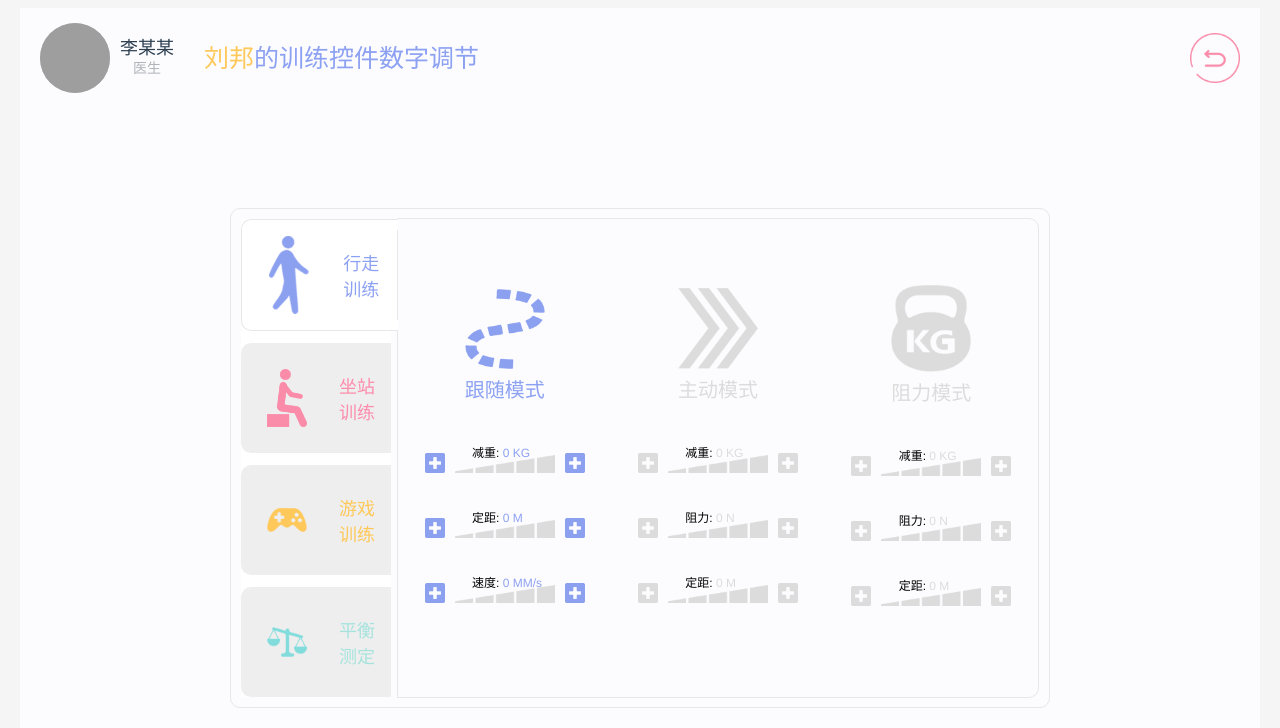
Repository: wangdanqing90/electron-vue-doctor
Page: /#/trainingAdjust
An editor plug-in stored every save of this project. The page is shown before and after the next save, followed by the edit.
The browser window is 1280 px wide. The pictures show the whole page.
Pictures or frames that could not be fetched are drawn as grey boxes. The project was rebuilt for these pictures with package versions that can differ from the ones it lists, and the page was loaded fresh each time. Also part of the build but not shown: vue.config.js, src/views/Home.vue, src/assets/styles/variable.scss, src/assets/styles/iconfont.css.

Above is the page before, as saved 2020-01-15 14:57:28.

### public/index.html
<!DOCTYPE html>
<html lang="en">
  <head>
    <meta charset="utf-8">
    <meta http-equiv="X-UA-Compatible" content="IE=edge">
    <meta name="viewport" content="width=device-width,initial-scale=1.0">
    <link rel="icon" href="<%= BASE_URL %>favicon.ico">
    <title>electron-vue-demo</title>
  </head>
  <body>
    <noscript>
      <strong>We're sorry but electron-vue-demo doesn't work properly without JavaScript enabled. Please enable it to continue.</strong>
    </noscript>
    <div id="app"></div>
    <!-- built files will be auto injected -->
  </body>
</html>

### src/App.vue
<template>
  <div id="app">
    <!-- <div id="nav">
      <router-link to="/">Home</router-link> |
      <router-link to="/about">About</router-link>
    </div>-->
    <keep-alive>
      <router-view v-if="$route.meta.keepAlive"></router-view>
    </keep-alive>
    <router-view v-if="!$route.meta.keepAlive"></router-view>
  </div>
</template>

<style lang="scss">
#app {
  font-family: "Avenir", Helvetica, Arial, sans-serif;
  -webkit-font-smoothing: antialiased;
  -moz-osx-font-smoothing: grayscale;
  text-align: center;
  color: #2c3e50;
  height: 100%;
}
#nav {
  padding: 30px;
  a {
    font-weight: bold;
    color: #2c3e50;
    &.router-link-exact-active {
      color: #42b983;
    }
  }
}
</style>

### src/assets/styles/base.scss
html {
  background: #f5f5f5;
  height: 100%;
}

body {
  height: 100%;
}

p {
  margin: 0;
  padding: 0;
}

ol,
ul {
  list-style: none;
  margin: 0;
  padding: 0;
}

a {
  cursor: pointer;
}

.wrap-white {
  background: #fff;
  padding-left: 20px;
  padding-right: 20px;
  overflow: hidden;

}

.el-breadcrumb {
  margin-bottom: 15px;
}

.el-titleText {
  font-size: 20px;
  color: black;
  height: 64px;
  line-height: 64px;
}

//::-webkit-scrollbar {
//  width: 5px;
//  height: 5px;
//}
//
//::-webkit-scrollbar:horizontal {
//  height: 15px;
//}
//
//::-webkit-scrollbar-track-piece:vertical {
//  background-color: rgba(0, 0, 0, 0.2);
//  -webkit-border-radius: 6px;
//}
//
//::-webkit-scrollbar-track:horizontal {
//  background-color: rgba(0, 0, 0, 0.2);
//}
//
//::-webkit-scrollbar-thumb:vertical {
//  height: 5px;
//  background-color: rgba(125, 125, 125, 0.7);
//  -webkit-border-radius: 6px;
//}
//
//::-webkit-scrollbar-thumb:horizontal {
//  width: 5px;
//  background-color: rgba(125, 125, 125, 0.7);
//}

input[type="text"],
input[type="number"] {
  //-webkit-appearance: none;
  background-color: #fff;
  border-radius: 4px;
  border: 1px solid #d8dce5;
  box-sizing: border-box;
  color: #5a5e66;
  display: inline-block;
  font-size: inherit;
  height: 40px;
  line-height: 1;
  outline: 0;
  padding: 0 15px;
  -webkit-transition: border-color .2s cubic-bezier(.645, .045, .355, 1);
  transition: border-color .2s cubic-bezier(.645, .045, .355, 1);
  width: 100%;

  &:hover {
    border-color: #b4bccc;
  }

  &:focus {
    border-color: #409EFF;
    outline: 0;
  }
}

/*滚动条*/
::-webkit-scrollbar {
  -webkit-appearance: none;
}

::-webkit-scrollbar:vertical {
  width: 10px;
}

::-webkit-scrollbar:horizontal {
  height: 10px;
}

::-webkit-scrollbar-thumb {
  background-color: rgba(0, 0, 0, .5);
  border-radius: 10px;
  border: 2px solid #ffffff;
}

::-webkit-scrollbar-track {
  border-radius: 10px;
  background-color: #ffffff;
}

/*margin*/
.margin-bottom-240 {
  margin-bottom: 240px;
}

.margin-top--10 {
  margin-top: -10px;
}

.margin-top--15 {
  margin-top: -15px;
}

.margin-top--18 {
  margin-top: -18px;
}

.margin-top--20 {
  margin-top: -20px;
}

.margin-top--40 {
  margin-top: -40px;
}

.margin-top--60 {
  margin-top: -60px;
}

.margin-top--80 {
  margin-top: -80px;
}

.margin-top--180 {
  margin-top: -180px;
}

.margin-top-0 {
  margin-top: 0px !important;
}

.margin-top-10 {
  margin-top: 10px;
}

.margin-top-15 {
  margin-top: 15px;
}

.margin-top-20 {
  margin-top: 20px;
}

.margin-top-25 {
  margin-top: 25px;
}

.margin-top-30 {
  margin-top: 30px;
}

.margin-top-35 {
  margin-top: 35px;
}

.margin-top-40 {
  margin-top: 40px;
}

.margin-top-46 {
  margin-top: 46px;
}

.margin-top-50 {
  margin-top: 50px;
}

.margin-top-60 {
  margin-top: 60px;
}

.margin-top-70 {
  margin-top: 70px;
}

.margin-top-80 {
  margin-top: 80px;
}

.margin-top-100 {
  margin-top: 100px;
}

.margin-bottom-0 {
  margin-bottom: 0px !important;
}

.margin-bottom-5 {
  margin-bottom: 5px;
}

.margin-bottom-10 {
  margin-bottom: 20px;
}

.margin-bottom-20 {
  margin-bottom: 20px;
}

.margin-bottom-25 {
  margin-bottom: 25px;
}

.margin-bottom-30 {
  margin-bottom: 30px;
}

.margin-bottom-40 {
  margin-bottom: 40px;
}

.margin-bottom-50 {
  margin-bottom: 50px;
}

.margin-bottom-60 {
  margin-bottom: 60px;
}

.margin-bottom-70 {
  margin-bottom: 70px;
}

.margin-left-0 {
  margin-left: 0px !important;
}

.margin-left-5 {
  margin-left: 5px;
}

.margin-left--15 {
  margin-left: -15px;
}

.margin-left--35 {
  margin-left: -35px;
}

.margin-left-10 {
  margin-left: 10px;
}

.margin-left-25 {
  margin-left: 25px;
}

.margin-left-30 {
  margin-left: 30px;
}

.margin-left-40 {
  margin-left: 40px;
}

.margin-right-0 {
  margin-right: 0px;
}

.margin-right-5 {
  margin-right: 5px;
}

.margin-right-10 {
  margin-right: 10px;
}

.margin-right-30 {
  margin-right: 30px;
}


.margin-right--15 {
  margin-right: -15px;
}

.margin-right--35 {
  margin-right: -35px;
}

.margin-right--50 {
  margin-right: -50px;
}

.margin-0 {
  margin: 0px;
}

.padding-top-5 {
  padding-top: 5px;
}

.padding-top-10 {
  padding-top: 10px;
}

.padding-top-15 {
  padding-top: 15px;
}

.padding-top-20 {
  padding-top: 20px;
}

.padding-top-26 {
  padding-top: 26px;
}

.padding-top-30 {
  padding-top: 30px;
}

.padding-top-35 {
  padding-top: 35px;
}

.padding-top-40 {
  padding-top: 40px;
}

.padding-top-60 {
  padding-top: 60px;
}

.padding-top-70 {
  padding-top: 70px;
}

.padding-top-100 {
  padding-top: 100px;
}

.padding-top-150 {
  padding-top: 150px;
}

.padding-top-250 {
  padding-top: 250px;
}

.padding-left-0 {
  padding-left: 0px;
}

.padding-left-5 {
  padding-left: 5px;
}

.padding-left-7 {
  padding-left: 7.5px;
}

.padding-left-10 {
  padding-left: 10px;
}

.padding-left-12 {
  padding-left: 12px;
}

.padding-left-15 {
  padding-left: 15px;
}

.padding-left-20 {
  padding-left: 20px;
}

.padding-left-24 {
  padding-left: 24px;
}

.padding-left-30 {
  padding-left: 30px;
}

.padding-left-40 {
  padding-left: 40px;
}

.padding-left-50 {
  padding-left: 50px;
}

.padding-left-70 {
  padding-left: 70px;
}

.padding-left-90 {
  padding-left: 90px;
}

.padding-bottom-5 {
  padding-bottom: 5px;
}

.padding-bottom-10 {
  padding-bottom: 10px;
}

.padding-bottom-20 {
  padding-bottom: 20px;
}

.padding-bottom-26 {
  padding-bottom: 26px;
}

.padding-bottom-30 {
  padding-bottom: 30px;
}

.padding-bottom-40 {
  padding-bottom: 40px;
}

.padding-bottom-50 {
  padding-bottom: 50px;
}

.padding-bottom-60 {
  padding-bottom: 60px;
}

.padding-bottom-100 {
  padding-bottom: 100px;
}

.padding-right-0 {
  padding-right: 0px;
}

.padding-right-7 {
  padding-right: 7.5px;
}

.padding-right-15 {
  padding-right: 15px;
}

.padding-right-30 {
  padding-right: 30px;
}

.padding-right-40 {
  padding-right: 40px;
}

.padding-right-50 {
  padding-right: 50px;
}

.padding-right-60 {
  padding-right: 60px;
}

.padding-right-90 {
  padding-right: 90px;
}

.padding-0 {
  padding: 0px !important;
}

.padding-15 {
  padding: 15px;
}

.padding-20 {
  padding: 20px;
}

@media (min-width: 992px) {
  .margin-left-15 {
    margin-left: 15px;
  }

  .margin-right-15 {
    margin-right: 15px;
  }
}

body {
  font-size: 12px;
  color: #7F8FA4;
  font-family: "Helvetica Neue", Helvetica, "PingFang SC", "Hiragino Sans GB", "Microsoft YaHei", "微软雅黑", Arial, sans-serif;
  box-sizing: border-box;
}

.container {
  width: 1200px;
  min-height: 100%;
  margin: 0 auto;
  background: #fcfcfe;
  padding: 0 20px;
}

.el-dialog__body {
  font-size: 12px;
}

.pb10 {
  padding-bottom: 10px;
}

.pb30 {
  padding-bottom: 30px;
}

.mb30 {
  margin-bottom: 30px;
}

.toolbar {
  background: #fff;
  padding: 10px;
  margin: 10px 0px;
  text-align: center;
}

.handleMoreWrap .el-dialog__body {
  padding: 10px;
}

.handleMore-title {
  text-align: center;
  padding-bottom: 6px;
}

.handleMoreHeight {
  max-height: 300px;
  overflow: hidden;
  overflow-y: auto;
  border-top: 1px solid #ddd;
  padding-top: 10px;
}

.el-table__header th {
  white-space: nowrap;
  font-size: 12px;
  font-weight: 100;
}

.content-wrapper {
  -webkit-overflow-scrolling: touch;
}

.center {
  text-align: center;
}

.text-right {
  text-align: right;
}

.text-left {
  text-align: left;
}

.f-left {
  float: left;
}

.f-right {
  float: right;
}

.hand {
  cursor: pointer;
}

/*flex兼容*/
.display_flex {
  display: -webkit-box;
  display: -ms-flexbox;
  display: -webkit-flex;
  display: flex;
}

// .display_flex>* {
//   display: block;
// }

.display_inline-flex {
  display: -webkit-inline-box;
  display: -ms-inline-flexbox;
  display: -webkit-inline-flex;
  display: inline-flex;
}

// .display_inline-flex>* {
//   display: block;
// }

/*伸缩流方向*/
.flex-direction_column {
  -webkit-box-orient: vertical;
  -ms-flex-direction: column;
  -webkit-flex-direction: column;
  flex-direction: column;
}

/*主轴对齐*/
.justify-content_flex-center {
  -webkit-box-pack: center;
  -ms-flex-pack: center;
  -webkit-justify-content: center;
  justify-content: center;
}

.justify-content_flex-start {
  -webkit-box-pack: start;
  -ms-flex-pack: start;
  -webkit-justify-content: flex-start;
  justify-content: flex-start;
}

.justify-content_flex-end {
  -webkit-box-pack: end;
  -ms-flex-pack: end;
  -webkit-justify-content: flex-end;
  justify-content: flex-end;
}

.justify-content_flex-justify {
  -webkit-box-pack: justify;
  -ms-flex-pack: justify;
  -webkit-justify-content: space-between;
  justify-content: space-between;
}

.justify-content_flex-around {
  -webkit-box-pack: justify;
  -ms-flex-pack: justify;
  -webkit-justify-content: space-around;
  justify-content: space-around;
}

/*侧轴对齐*/
.align-items_flex-start {
  -webkit-box-align: start;
  -ms-flex-align: start;
  -webkit-align-items: flex-start;
  align-items: flex-start;
}

.align-items_flex-end {
  -webkit-box-align: end;
  -ms-flex-align: end;
  -webkit-align-items: flex-end;
  align-items: flex-end;
}

.align-items_center {
  -webkit-box-align: center;
  -ms-flex-align: center;
  -webkit-align-items: center;
  align-items: center;
}

.align-items_baseline {
  -webkit-box-align: baseline;
  -ms-flex-align: baseline;
  -webkit-align-items: baseline;
  align-items: baseline;
}

/*伸缩性*/
.flex_auto {
  -webkit-box-flex: 1;
  -ms-flex: auto;
  -webkit-flex: auto;
  flex: auto;
}

.flex_1 {
  width: 0;
  -webkit-box-flex: 1;
  -ms-flex: 1;
  -webkit-flex: 1;
  flex: 1;
}

/*显示顺序*/
.order_2 {
  -webkit-box-ordinal-group: 2;
  -ms-flex-order: 2;
  -webkit-order: 2;
  order: 2;
}

.order_3 {
  -webkit-box-ordinal-group: 3;
  -ms-flex-order: 3;
  -webkit-order: 3;
  order: 3;
}

### src/assets/styles/common.scss
.clearfix {

  &::after {
    display: block;
    height: 0;
    content: ".";
    clear: both;
    visibility: hidden;
  }
}

.float-left {
  float: left;
}

.float-right {
  float: right;
}

.align-left {
  text-align: left;
}

.align-right {
  text-align: right;
}

.small-size {
  font-size: 12px !important;
}

.large-size {
  font-size: 16px !important;
}

.New-elFrom {
  padding: 10px;
  background: #fff;

  .el-form-item {
    margin-bottom: 0;
  }

  .el-form-item__label {
    padding: 0;
    line-height: 30px;
    font-size: 12px;
    color: #7F8FA4;

  }

  .el-form-item__content-btn {
    text-align: center;
    padding: 20px 0 10px;
  }

  .el-select {
    display: block;
  }

  .el-date-editor.el-input,
  .el-input-number--medium {
    width: 100%;
  }
}

.el-radio-group {
  display: flex;
  display: -webkit-flex;
}

.el-radio-group .el-radio-button {
  flex: 1;
}



.el-button.purple,
.el-button.purple:active,
.el-button.purple:focus,
.el-button.purple:hover {
  color: white;
  background-color: #8c69e7;
  border: none;
  box-shadow: 0 2px 12px 0 rgba(240, 240, 240, 0.1)
}



.el-dialog {
  border-radius: 10px;

  .el-dialog__body {
    .purple {
      color: $purpleFontColor;
      font-size: 20px;
    }
  }
}

.el-form-item__label {
  color: $purpleFontColor;
}

.el-message-box .el-message-box__content {
  color: $purpleFontColor;
  font-size: 20px;
  margin: 30px 0;
  text-align: center;
}

.purpleFontColor {
  color: $purpleFontColor;
}

.pinkFontColor {
  color: $pinkFontColor;
}

.greenFontColor {
  color: $greenFontColor;
}

.yellowFontColor {
  color: $yellowFontColor;
}

### src/views/TrainingAdjust/TrainingAdjust.vue
/* eslint-disable vue/no-unused-vars */
<template>
  <div class="container">
    <HeaderDoctor :leftImg="leftImg" :title="title" :titleName="titleName">
      <template v-slot:right>
        <div class="header-right-div display_flex justify-content_flex-center align-items_center">
          <img src="@/../images/back.png" @click="backClick" />
        </div>
      </template>
    </HeaderDoctor>

    <div class="inform-container">
      <div class="inform-inner display_flex justify-content_flex-justify align-items_center">
        <div
          class="left display_inline-flex flex-direction_column justify-content_flex-justify align-items_center"
        >
          <div
            class="left-inner"
            :class="activeClass == index ? 'active':''"
            v-for="(item,index) in tagList"
            :key="index"
            @click="getItem(index)"
          >
            <div
              class="left-inner-inner display_flex justify-content_flex-around align-items_center"
            >
              <img :src="item.imgsrc" />
              <div :class="item.colorClass">
                <div>{{item.name}}</div>
                <div>{{item.namebottom}}</div>
              </div>
            </div>
          </div>
        </div>
        <div class="right display_flex justify-content_flex-justify align-items_center">
          <AdjustContiner :type="1" :disable="false"></AdjustContiner>
          <AdjustContiner :type="2"></AdjustContiner>
          <AdjustContiner :type="3"></AdjustContiner>
        </div>
      </div>
    </div>
  </div>
</template>

<script>
import HeaderDoctor from "@/components/HeaderDoctor/HeaderDoctor.vue";
import AdjustContiner from "@/components/Adjust/AdjustContiner.vue";

export default {
  name: "trainingPlan",
  components: {
    HeaderDoctor,
    AdjustContiner
  },

  data() {
    return {
      leftImg: "",
      activeClass: 0,
      tagList: [
        {
          name: "行走",
          namebottom: "训练",
          id: 1,
          imgsrc: require("@/../images/walkingtraining.png"),
          colorClass: "purpleFontColor"
        },
        {
          name: "坐站",
          namebottom: "训练",
          id: 2,
          imgsrc: require("@/../images/stationtraining.png"),
          colorClass: "pinkFontColor"
        },
        {
          name: "游戏",
          namebottom: "训练",
          id: 3,
          imgsrc: require("@/../images/gametraining.png"),
          colorClass: "yellowFontColor"
        },
        {
          name: "平衡",
          namebottom: "测定",
          id: 4,
          imgsrc: require("@/../images/balancedetermination.png"),
          colorClass: "greenFontColor"
        }
      ]
    };
  },
  created() {
    this.leftImg = require("../../../images/logo.png");
    this.title = "的训练控件数字调节";
    this.titleName = "刘邦";
  },
  methods: {
    backClick() {
      this.$router.go(-1);
    },
    getItem(index) {
      this.activeClass = index; // 把当前点击元素的index，赋值给activeClass
    },
    selectClick(index) {
      // this.activeRightClass = index;
    }
  },
  watch: {}
};
</script>

<style scoped lang="scss">
.header {
  .header-right {
    img {
      width: 50px;
      margin-left: 20px;
    }
  }
}
.inform-container {
  box-sizing: border-box;
  margin: 100px auto;
  height: 500px;
  font-size: 12px;
  border-radius: 10px;
  border: 1px solid #e7e7e7;
  width: 820px;

  .inform-inner {
    box-sizing: border-box;
    padding: 10px;
    height: 100%;
    font-size: 18px;
    .left {
      width: 150px;
      background: white;
      height: 100%;
      z-index: 10;
      .left-inner {
        width: 100%;
        border-radius: 10px 0 0 10px;
        background: #eeeeee;
        .left-inner-inner {
          height: 90px;
          margin: 10px 0 10px 10px;
        }
        img {
          width: 40px;
        }
      }
      .active {
        background: white;
        border-top: 1px solid #e7e7e7;
        border-left: 1px solid #e7e7e7;
        border-bottom: 1px solid #e7e7e7;
        width: 156px;
        margin-right: -6px;
        .left-inner-inner {
          border-right: 1px solid #e7e7e7;
        }
      }
    }
    .right {
      width: 640px;
      height: 100%;
      border-top: 1px solid #e7e7e7;
      border-right: 1px solid #e7e7e7;
      border-bottom: 1px solid #e7e7e7;
      border-left: 1px solid #e7e7e7;
      border-radius: 0 10px 10px 0;
      color: #dcdcdc;
    }
  }
}
</style>

### src/components/HeaderDoctor/HeaderDoctor.vue
// 头部组件
<template>
  <el-row>
    <el-col :span="24" class="header">
      <div
        @click="jumpDoctorInform"
        class="header-left f-left display_flex justify-content_flex-center align-items_center"
      >
        <el-avatar
          :size="70"
          src="https://cube.elemecdn.com/0/88/03b0d39583f48206768a7534e55bcpng.png"
        ></el-avatar>
        <div
          class="display_flex flex-direction_column justify-content_flex-center align-items_center margin-left-10"
        >
          <div class="name">李某某</div>
          <div class="job">医生</div>
        </div>
      </div>
      <div class="header-middle-name f-left">{{titleName}}</div>
      <div class="header-middle f-left">{{title}}</div>

      <div class="header-right f-right">
        <slot name="right"></slot>
      </div>
    </el-col>
  </el-row>
</template>

<script>
export default {
  name: "HeaderDoctor",
  props: {
    msg: String,
    leftImg: {
      type: String,
      default: "../../../images/logo.png"
    },
    title: { String, default: "" },
    titleName: { String, default: "" }
  },

  data() {
    return {};
  },

  created() {},
  beforeDestroy() {},
  beforeMount() {},
  mounted() {},
  destroyed() {},
  methods: {
    jumpDoctorInform() {
      this.$router.push({
        path: "/detailInform",
        name: "detailInform",
        query: { type: "doctor" }
      });
    }
  }
};
</script>

<style scoped lang="scss">
.header {
  height: 100px;
  line-height: 100px;
  .header-left {
    height: 100%;
    text-align: left;
    margin-right: 30px;
    img {
      width: 150px;
    }
    .name {
      height: 20px;
      line-height: 20px;
      font-size: 18px;
    }
    .job {
      height: 20px;
      line-height: 20px;
      font-size: 14px;
      color: #b0b3b9;
    }
  }
  .header-middle-name {
    font-size: 25px;

    color: $yellowFontColor;
  }
  .header-middle {
    font-size: 25px;

    color: $purpleFontColor;
  }
  .header-right {
    height: 100%;
  }
}

::v-deep .header-right-div {
  height: 100%;
}
</style>

### src/components/Adjust/AdjustContiner.vue
// 调节组件
<template>
  <div class="adjust-container" :class="disable?'':config.fontColor">
    <div class="top">
      <img :src="disable==true?config.imgsrcGray:config.imgsrc" />
      <div>{{config.title}}</div>
    </div>

    <!-- 下面的加减按钮 -->
    <div class="bottom">
      <Adjust
        v-for="(item,index) in config.adjusts"
        :key="index"
        :disable="disable"
        :adjust="config.adjusts[index]"
        :fontColor="config.fontColor"
      ></Adjust>
    </div>
  </div>
</template>

<script>
import Adjust from "@/components/Adjust/Adjust.vue";
export default {
  name: "AdjustContiner",
  components: {
    Adjust
  },
  props: {
    type: {
      type: Number,
      default: 0
    },
    disable: {
      type: Boolean,
      default: true
    }
  },

  data() {
    return {
      config: {}
    };
  },

  created() {
    console.log(this.type + "   " + this.disable);
    if (this.type === 1) {
      this.config = {
        title: "跟随模式",
        imgsrc: require("@/../images/followmode_1.png"),
        imgsrcGray: require("@/../images/followmode_2.png"),
        width: "120px",
        fontColor: "purpleFontColor",
        adjusts: [
          {
            name: "减重",
            step: 10,
            total: 0,
            unit: "KG"
          },
          {
            name: "定距",
            step: 70,
            total: 0,
            unit: "M"
          },
          {
            name: "速度",
            step: 20,
            total: 0,
            unit: "MM/s"
          }
        ]
      };
    } else if (this.type === 2) {
      this.config = {
        title: "主动模式",
        imgsrc: require("@/../images/activemode_1.png"),
        imgsrcGray: require("@/../images/activemode_2.png"),
        width: "120px",
        fontColor: "purpleFontColor",
        adjusts: [
          {
            name: "减重",
            step: 10,
            total: 0,
            unit: "KG"
          },
          {
            name: "阻力",
            step: 6,
            total: 0,
            unit: "N"
          },
          {
            name: "定距",
            step: 20,
            total: 0,
            unit: "M"
          }
        ]
      };
    } else if (this.type === 3) {
      this.config = {
        title: "阻力模式",
        imgsrc: require("@/../images/resistancemode_1.png"),
        imgsrcGray: require("@/../images/resistancemode_2.png"),
        width: "120px",
        fontColor: "purpleFontColor",
        adjusts: [
          {
            name: "减重",
            step: 10,
            total: 0,
            unit: "KG"
          },
          {
            name: "阻力",
            step: 6,
            total: 0,
            unit: "N"
          },
          {
            name: "定距",
            step: 20,
            total: 0,
            unit: "M"
          }
        ]
      };
    }
  },
  beforeDestroy() {},
  beforeMount() {},
  mounted() {},
  destroyed() {},
  methods: {}
};
</script>

<style scoped lang="scss">
.adjust-container {
  width: 210px;
  padding: 30px 20px;
  .top {
    padding: 0 0 30px 0;
    font-size: 20px;
    img {
      width: 80px;
    }
  }
}
</style>

### src/components/Adjust/Adjust.vue
// 调节组件
<template>
  <div class="adjust">
    <img class="adjustLeft" :src="this.disable?this.addDisableImg:this.addImg" />
    <img class="adjustMiddle" :src="this.imgArry[0]" />
    <img class="adjustRight" :src="this.disable?this.addDisableImg:this.addImg" />
    <div class="inform">
      <span>{{adjust.name}}:</span>
      {{adjust.total}} {{adjust.unit}}
    </div>
  </div>
</template>

<script>
export default {
  name: "Adjust",
  props: {
    adjust: {
      type: Object,
      default: () => {}
    },
    fontColor: {
      type: String,
      default: "purpleFontColor"
    },
    disable: {
      type: Boolean,
      default: false
    }
  },

  data() {
    return {
      addDisableImg: require("@/../images/add_3.png"),
      addImg: "",
      imgArry: []
    };
  },

  created() {
    console.log(this.adjust);
    if (this.fontColor == "purpleFontColor") {
      this.addImg = require("@/../images/add_1.png");
      this.imgArry = [
        require("@/../images/blue_0.png"),
        require("@/../images/blue_1.png"),
        require("@/../images/blue_2.png"),
        require("@/../images/blue_3.png"),
        require("@/../images/blue_4.png"),
        require("@/../images/blue_5.png")
      ];
    }
  },
  beforeDestroy() {},
  beforeMount() {},
  mounted() {},
  destroyed() {},
  methods: {}
};
</script>

<style scoped lang="scss">
.adjust {
  position: relative;
  padding: 20px 0;
  .adjustLeft,
  .adjustRight {
    width: 20px;
  }
  .adjustMiddle {
    width: 100px;
    margin: 0 10px;
  }
  .inform {
    font-size: 12px;
    position: absolute;
    top: 10px;
    left: 54px;
    span {
      color: black;
    }
  }
}
</style>

Loaded but not shown: src/store.js (common file); src/router.js (99 lines, source omitted); src/main.js (32 lines, source omitted); src/assets/js/common.js (22 lines, source omitted)

After the next save:
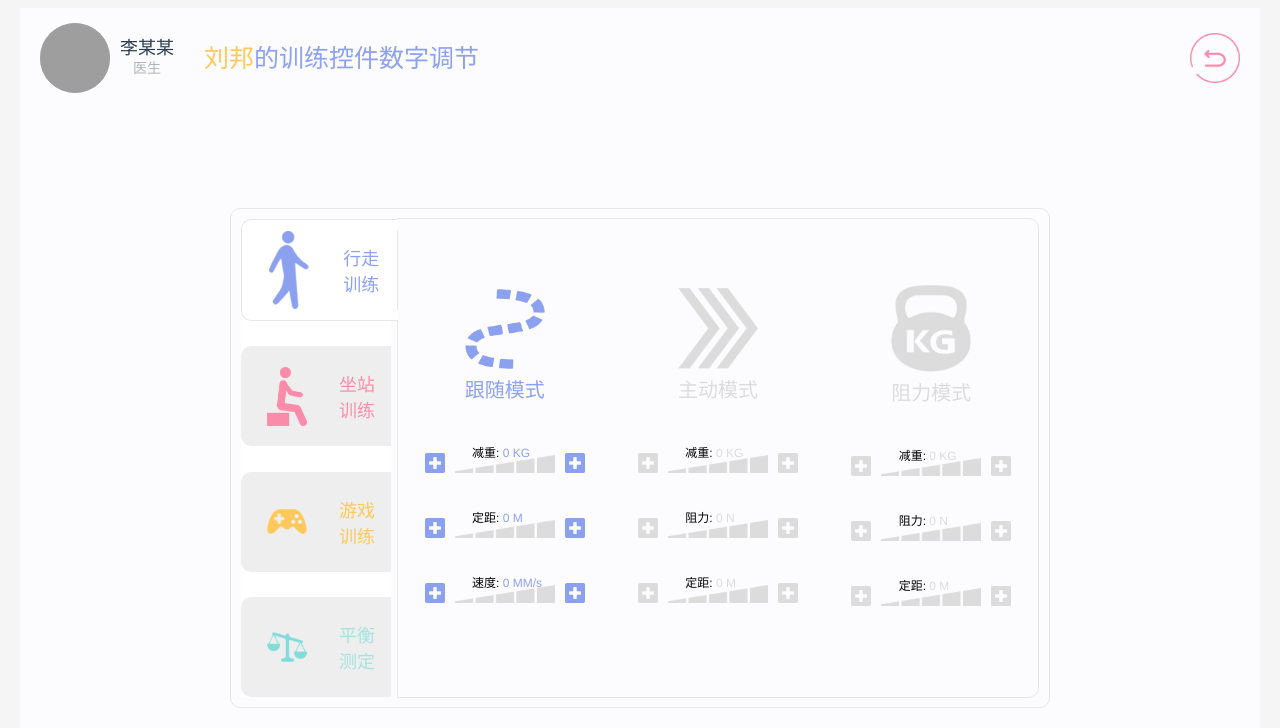
Saved 111 s later.
--- a/src/views/TrainingAdjust/TrainingAdjust.vue
+++ b/src/views/TrainingAdjust/TrainingAdjust.vue
@@ -142,7 +142,7 @@ export default {
         border-radius: 10px 0 0 10px;
         background: #eeeeee;
         .left-inner-inner {
-          height: 90px;
+          height: 80px;
           margin: 10px 0 10px 10px;
         }
         img {
